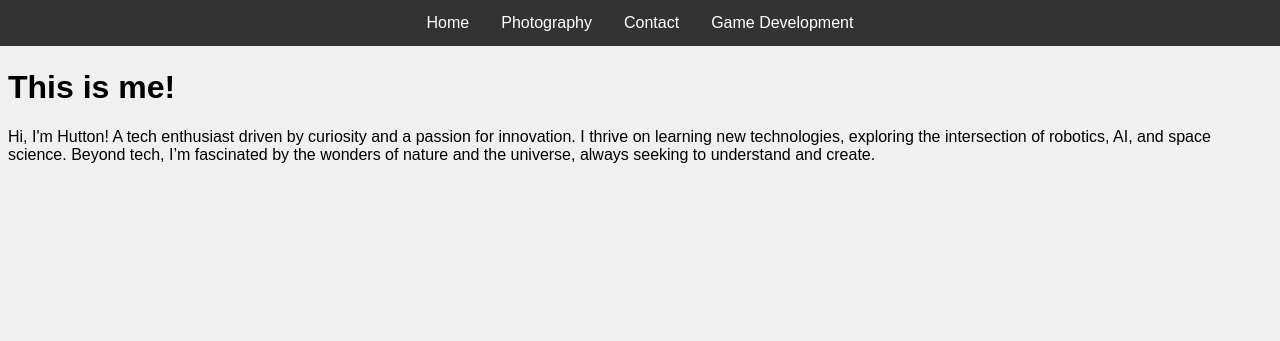
Repository: Argivist/ArgPortfolio
Page: index.html
These files come from the project's save history. The page is drawn as it stood at one moment and after the next save; the edit follows.
The browser window is 1280 px wide. The pictures show the whole page.

Above is the page before, as saved 2025-03-28 15:31:47.

After the next save:
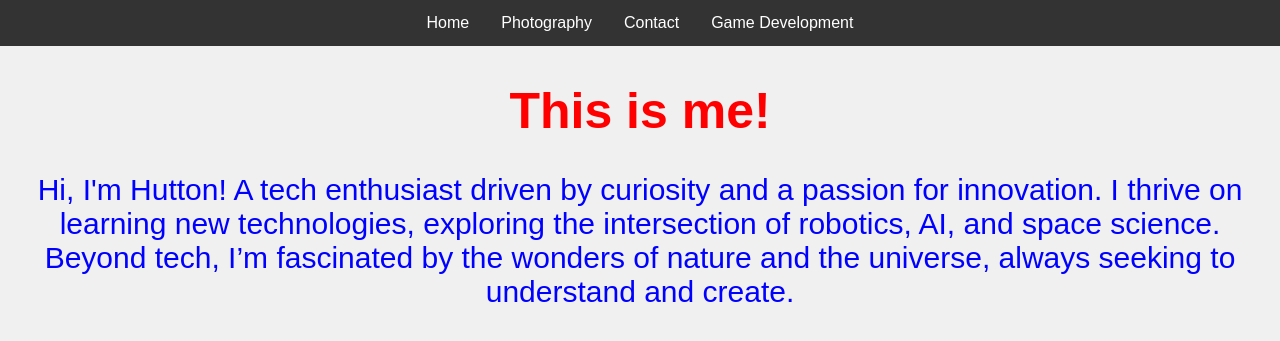
Saved 15 s later.
--- a/index.html
+++ b/index.html
@@ -6,6 +6,7 @@
     <meta name="viewport" content="width=device-width, initial-scale=1.0">
     <link rel="stylesheet" href="css/styles.css">
     <link rel="stylesheet" href="css/nav.css">
+    <link rel="stylesheet" href="css/home.css">
 
     <title>Hutton Amison-Addy</title>
 
